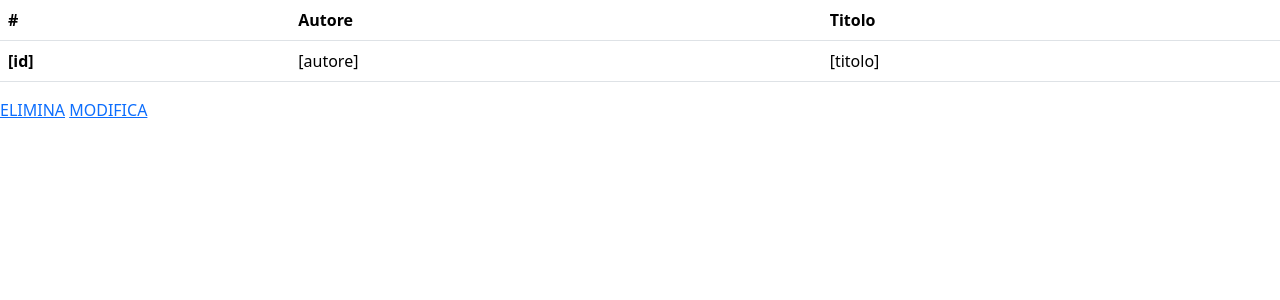
Repository: foferys/DynamicWebProject_DAOLibri_Mappe
Page: DynamicWebProject_DAOLibri_Mappe/WebContent/viste/templatelibro.html
An editor plug-in stored every save of this project. The page is shown before and after the next save, followed by the edit.
The browser window is 1280 px wide. The pictures show the whole page.

Above is the page before, as saved 2024-06-25 09:29:27.

### DynamicWebProject_DAOLibri_Mappe/WebContent/viste/templatelibro.html
<!--	Questo file si occuper� di graficare ogni singolo libro. Il codice che scriviamo � in html quindi non abbiamo bisogno
		di concatenare o roba simile perch� gli spazi verranno letti come tali dal browser.
		Possiamo mettere in risalto alcuni pezzi della stampa attraverso il tag <b> che sta per "grassetto".
		Esiste anche il tag <u> (underline) oppure <i> (italic, corsivo) e tutti gli altri che determinano la formattazione
		testuale.

 -->
 <!DOCTYPE html>
<html>
	<head>
		<meta charset="UTF-8">
		<title>Elenco libri</title>
	</head>
    <link href="https://cdn.jsdelivr.net/npm/bootstrap@5.3.3/dist/css/bootstrap.min.css" rel="stylesheet" integrity="sha384-QWTKZyjpPEjISv5WaRU9OFeRpok6YctnYmDr5pNlyT2bRjXh0JMhjY6hW+ALEwIH" crossorigin="anonymous">

	<body>
		<table class="table">
		  <thead>
		    <tr>
		      <th scope="col">#</th>
		      <th scope="col">Autore</th>
		      <th scope="col">Titolo</th>
		    </tr>
		  </thead>
		  <tbody>
		    <tr>
		      <th scope="row">[id]</th>
		      <td>[autore]</td>
		      <td>[titolo]</td>
		    </tr>
		  </tbody>
		</table>


		<!--  [id] [autore] <b>[titolo]</b>-->
		<a href="http://localhost:8080/DynamicWebProject_DAOLibri_Mappe/Index?comando=eliminalibro&id=[id]">ELIMINA</a>
		<a href="http://localhost:8080/DynamicWebProject_DAOLibri_Mappe/Index?comando=formmodificalibro&id=[id]">MODIFICA</a>


    	<script src="https://cdn.jsdelivr.net/npm/bootstrap@5.3.3/dist/js/bootstrap.bundle.min.js" integrity="sha384-YvpcrYf0tY3lHB60NNkmXc5s9fDVZLESaAA55NDzOxhy9GkcIdslK1eN7N6jIeHz" crossorigin="anonymous"></script>

	</body>
</html>

After the next save:
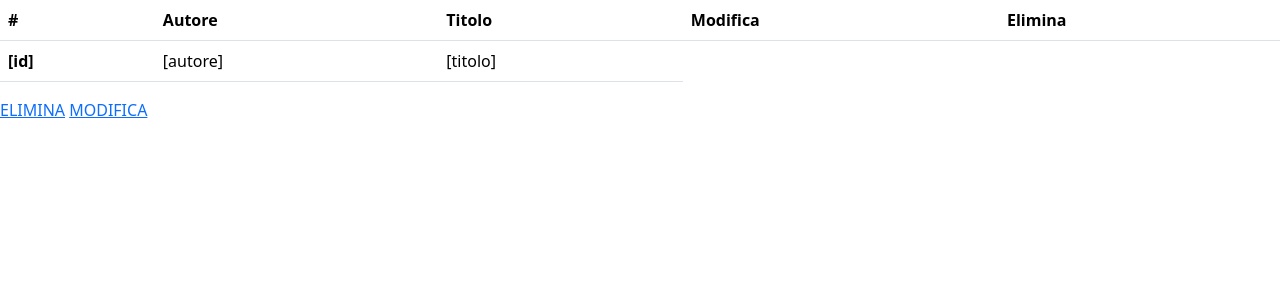
Saved 73 s later.
--- a/DynamicWebProject_DAOLibri_Mappe/WebContent/viste/templatelibro.html
+++ b/DynamicWebProject_DAOLibri_Mappe/WebContent/viste/templatelibro.html
@@ -20,6 +20,8 @@
 		      <th scope="col">#</th>
 		      <th scope="col">Autore</th>
 		      <th scope="col">Titolo</th>
+            	<th scope="col">Modifica</th>
+               <th scope="col">Elimina</th>
 		    </tr>
 		  </thead>
 		  <tbody>
